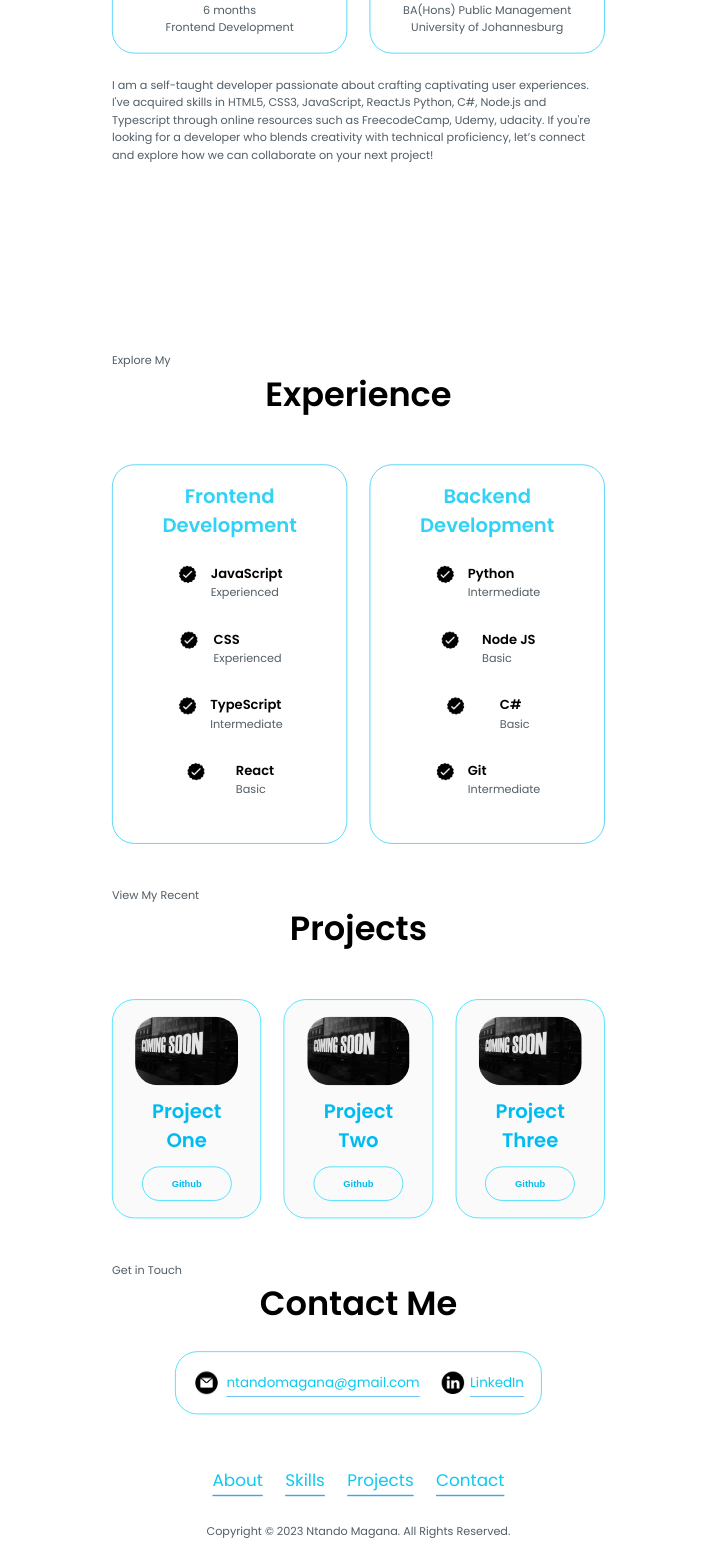
Repository: ntandomagana/FS-Dev-Portfolio
Page: index.html
The author's editor kept a copy of each file at every save. The page is drawn from the files as they stood at one save, then again after a run of saves.
The browser window is 1024 px wide. The pictures show the part of the page from y = 1148 to 3388 px (the page is 3388 px tall before and 3180 px after), at 70% of full size.

Above is the page before, as saved 2024-05-06 11:19:59.

### index.html
<!DOCTYPE html>
<html lang="en">
  <head>
    <meta charset="UTF-8" />
    <meta http-equiv="X-UA-Compatible" content="IE=edge" />
    <meta name="viewport" content="width=device-width, initial-scale=1.0" />
    <title>My Portfolio</title>
    <link rel="stylesheet" href="style.css" />
    <link rel="stylesheet" href="mediaqueries.css" />
  </head>
  <body>
    <nav id="desktop-nav">
      <div class="logo">Berry Codes</div>
      <div>
        <ul class="nav-links">
          <li><a href="#about">About</a></li>
          <li><a href="#experience">Skills</a></li>
          <li><a href="#projects">Projects</a></li>
          <li><a href="#contact">Contact</a></li>
        </ul>
      </div>
    </nav>
    <nav id="hamburger-nav">
      <div class="logo">Coding Berry</div>
      <div class="hamburger-menu">
        <div class="hamburger-icon" onclick="toggleMenu()">
          <span></span>
          <span></span>
          <span></span>
        </div>
        <div class="menu-links">
          <li><a href="#about" onclick="toggleMenu()">About</a></li>
          <li><a href="#experience" onclick="toggleMenu()">Skills</a></li>
          <li><a href="#projects" onclick="toggleMenu()">Projects</a></li>
          <li><a href="#contact" onclick="toggleMenu()">Contact</a></li>
        </div>
      </div>
    </nav>
    <section id="profile">
      <div class="section-pic-container">
        <img src="./assets/bwpp.jpg" alt="profile picture" />
      </div>
      <div class="section-text">
        <p class="section-text-p1">Hello there, I am</p>

        <h1 class="title"><span id="typed-text"></span></h1>

        <p class="section-text-p2">Frontend Developer</p>
        <div class="btn-container">
          <button
            class="btn btn-color-2"
            onclick="window.open('./assets/NP Magana - Web Developer.pdf')"
          >
            Download CV
          </button>
          <button class="btn btn-color-1" onclick="location.href='./#contact'">
            Contact Info
          </button>
        </div>
        <div id="socials-container">
          <img
            src="./assets/linkedin.png"
            alt="My LinkedIn profile"
            class="icon"
            onclick="location.href='https://www.linkedin.com/in/ntandoyenkosi-magana-/'"
          />

          <img
            src="./assets/icons8-twitterx-50.png"
            alt="My Github profile"
            class="icon"
            onclick="location.href='https://twitter.com/Sir_M_Charles'"
          />
          <img
            src="./assets/github.png"
            alt="My Github profile"
            class="icon"
            onclick="location.href='https://github.com/ntandomagana'"
          />
        </div>
      </div>
    </section>
    <section id="about">
      <p class="section__text__p1">Get To Know More</p>
      <h1 class="title">About Me</h1>
      <div class="section-container">
        <div class="about-details-container">
          <div class="about-containers">
            <div class="details-container">
              <img
                src="./assets/experience.png"
                alt="Experience icon"
                class="icon"
              />
              <h3>Experience</h3>
              <p>6 months <br />Frontend Development</p>
            </div>
            <div class="details-container">
              <img
                src="./assets/education.png"
                alt="Education icon"
                class="icon"
              />
              <h3>Education</h3>
              <p>BA(Hons) Public Management <br />University of Johannesburg</p>
            </div>
          </div>
          <div class="text-container">
            <p>
              I am a self-taught developer passionate about crafting captivating
              user experiences. I've acquired skills in HTML5, CSS3, JavaScript,
              ReactJs Python, C#, Node.js and Typescript through online
              resources such as FreecodeCamp, Udemy, udacity. If you're looking
              for a developer who blends creativity with technical proficiency,
              let’s connect and explore how we can collaborate on your next
              project!
            </p>
          </div>
        </div>
      </div>
      <img
        src="./assets/arrow.png"
        alt="Arrow icon"
        class="icon arrow"
        onclick="location.href='./#experience'"
      />
    </section>
    <section id="experience">
      <p class="section__text__p1">Explore My</p>
      <h1 class="title">Experience</h1>
      <div class="experience-details-container">
        <div class="about-containers">
          <div class="details-container">
            <h2 class="experience-sub-title">Frontend Development</h2>
            <div class="article-container">
              <article>
                <img
                  src="./assets/checkmark.png"
                  alt="Experience icon"
                  class="icon"
                />
                <div>
                  <h3>JavaScript</h3>
                  <p>Experienced</p>
                </div>
              </article>
              <article>
                <img
                  src="./assets/checkmark.png"
                  alt="Experience icon"
                  class="icon"
                />
                <div>
                  <h3>CSS</h3>
                  <p>Experienced</p>
                </div>
              </article>
              <article>
                <img
                  src="./assets/checkmark.png"
                  alt="Experience icon"
                  class="icon"
                />
                <div>
                  <h3>TypeScript</h3>
                  <p>Intermediate</p>
                </div>
              </article>
              <article>
                <img
                  src="./assets/checkmark.png"
                  alt="Experience icon"
                  class="icon"
                />
                <div>
                  <h3>React</h3>
                  <p>Basic</p>
                </div>
              </article>
              <article></article>
            </div>
          </div>
          <div class="details-container">
            <h2 class="experience-sub-title">Backend Development</h2>
            <div class="article-container">
              <article>
                <img
                  src="./assets/checkmark.png"
                  alt="Experience icon"
                  class="icon"
                />
                <div>
                  <h3>Python</h3>
                  <p>Intermediate</p>
                </div>
              </article>
              <article>
                <img
                  src="./assets/checkmark.png"
                  alt="Experience icon"
                  class="icon"
                />
                <div>
                  <h3>Node JS</h3>
                  <p>Basic</p>
                </div>
              </article>
              <article>
                <img
                  src="./assets/checkmark.png"
                  alt="Experience icon"
                  class="icon"
                />
                <div>
                  <h3>C#</h3>
                  <p>Basic</p>
                </div>
              </article>
              <article>
                <img
                  src="./assets/checkmark.png"
                  alt="Experience icon"
                  class="icon"
                />
                <div>
                  <h3>Git</h3>
                  <p>Intermediate</p>
                </div>
              </article>
            </div>
          </div>
        </div>
      </div>
      <img
        src="./assets/arrow.png"
        alt="Arrow icon"
        class="icon arrow"
        onclick="location.href='./#projects'"
      />
    </section>
    <section id="projects">
      <p class="section__text__p1">View My Recent</p>
      <h1 class="title">Projects</h1>
      <div class="experience-details-container">
        <div class="about-containers">
          <div class="details-container color-container">
            <div class="article-container">
              <img
                src="./assets/coming soon.jpg"
                alt="Project 1"
                class="project-img"
              />
            </div>
            <h2 class="experience-sub-title project-title">Project One</h2>
            <div class="btn-container">
              <button
                class="btn btn-color-2 project-btn"
                onclick="location.href='https://github.com/'"
              >
                Github
              </button>
            </div>
          </div>
          <div class="details-container color-container">
            <div class="article-container">
              <img
                src="./assets/coming soon.jpg"
                alt="Project 2"
                class="project-img"
              />
            </div>
            <h2 class="experience-sub-title project-title">Project Two</h2>
            <div class="btn-container">
              <button
                class="btn btn-color-2 project-btn"
                onclick="location.href='https://github.com/'"
              >
                Github
              </button>
            </div>
          </div>
          <div class="details-container color-container">
            <div class="article-container">
              <img
                src="./assets/coming soon.jpg"
                alt="Project 3"
                class="project-img"
              />
            </div>
            <h2 class="experience-sub-title project-title">Project Three</h2>
            <div class="btn-container">
              <button
                class="btn btn-color-2 project-btn"
                onclick="location.href='https://github.com/'"
              >
                Github
              </button>
            </div>
          </div>
        </div>
      </div>
      <img
        src="./assets/arrow.png"
        alt="Arrow icon"
        class="icon arrow"
        onclick="location.href='./#contact'"
      />
    </section>
    <section id="contact">
      <p class="section__text__p1">Get in Touch</p>
      <h1 class="title">Contact Me</h1>
      <div class="contact-info-upper-container">
        <div class="contact-info-container">
          <img
            src="./assets/email.png"
            alt="Email icon"
            class="icon contact-icon email-icon"
          />
          <p>
            <a href="mailto:ntandomagana@gmail.com">ntandomagana@gmail.com</a>
          </p>
        </div>
        <div class="contact-info-container">
          <img
            src="./assets/linkedin.png"
            alt="LinkedIn icon"
            class="icon contact-icon"
          />
          <p><a href="https://www.linkedin.com">LinkedIn</a></p>
        </div>
      </div>
    </section>
    <footer>
      <nav>
        <div class="nav-links-container">
          <ul class="nav-links">
            <li><a href="#about">About</a></li>
            <li><a href="#experience">Skills</a></li>
            <li><a href="#projects">Projects</a></li>
            <li><a href="#contact">Contact</a></li>
          </ul>
        </div>
      </nav>
      <p>Copyright &#169; 2023 Ntando Magana. All Rights Reserved.</p>
    </footer>
    <script src="script.js"></script>
  </body>
</html>

### style.css
@import url("https://fonts.googleapis.com/css2?family=Poppins:wght@300;400;500;600&display=swap");

* {
  margin: 0;
  padding: 0;
}

body {
  font-family: "Poppins", sans-serif;
}

html {
  scroll-behavior: smooth;
}

p {
  color: #515d65;
}

section {
  margin-bottom: 2px;
}

a,
.btn {
  transition: all 300ms ease;
}

nav,
.nav-links {
  display: flex;
}

nav {
  justify-content: space-around;
  align-items: center;
  height: 17vh;
}

.nav-links {
  gap: 2rem;
  list-style-type: none;
  font-size: 1.5rem;
}

a {
  color: rgb(11, 202, 240);
  text-decoration: underline;
  text-underline-offset: 0.8rem;
  text-decoration-color: rgb(51, 169, 237);
}

.logo {
  font-size: 2rem;
}

.logo:hover {
  cursor: default;
}

#hamburger-nav {
  display: none;
}

.hamburger-menu {
  position: relative;
  display: inline-block;
}

.hamburger-icon {
  display: flex;
  flex-direction: column;
  justify-content: space-between;
  height: 24px;
  width: 30px;
  cursor: pointer;
}



.hamburger-icon span {
  width: 100%;
  height: 2px;
  background-color: rgb(9, 255, 255);
  transition: all 0.3 ease-in-out;
}

.menu-links {
  position: absolute;
  top: 100%;
  right: 0;
  background-color: white;
  width: fit-content;
  max-height: 0;
  overflow: hidden;
  transition: all 0.3 ease-in-out;
}

.menu-links a {
  display: block;
  padding: 10px;
  text-align: center;
  font-size: 1.5rem;
  color: rgb(15, 224, 231);
  text-decoration: none;
  transition: all 0.3 ease-in-out;
}

.menu-links li {
  list-style-type: none;
}

.menu-links.open {
  max-height: 300px;
}

.hamburger-icon.open span:first-child {
  transform: rotate(45deg) translate(10px, 5px);
}

.hamburger-icon.open span:nth-child(2) {
  opacity: 0;
}

.hamburger-icon.open span:last-child {
  transform: rotate(-45deg) translate(10px, -5px);
}

.hamburger-icon span:first-child {
  transform: none;
}

.hamburger-icon span:first-child {
  opacity: 1;
}

.hamburger-icon span:first-child {
  transform: none;
}

section {
  padding-top: 4vh;
  height: 96vh;
  margin: 0 10rem;
  box-sizing: border-box;
  min-height: fit-content;
}

.section-container {
  display: flex;
}

#profile {
  display: flex;
  justify-content: center;
  gap: 5rem;
  height: 80vh;
}

.section-pic-container {
  display: flex;
  height: 400px;
  width: 400px;
  margin: auto 0;
}

.section-text {
  align-self: center;
  text-align: center;
}

.section-text p {
  font-weight: 600;
}

.section-text-p1 {
  text-align: center;
}

.section-text-p2 {
  font-size: 1.75rem;
  margin-bottom: 1rem;
}

.title {
  font-size: 3rem;
  text-align: center;
}

#socials-container {
  display: flex;
  justify-content: center;
  margin-top: 1rem;
  gap: 1rem;
}

.icon {
  cursor: pointer;
  height: 2rem;
}

/* BUTTONS */

.btn-container {
  display: flex;
  justify-content: center;
  gap: 1rem;
}

.btn {
  font-weight: 600;
  transition: all 300ms ease;
  padding: 1rem;
  width: 8rem;
  border-radius: 2rem;
}

.btn-color-1,
.btn-color-2 {
  border: rgb(43, 182, 241) 0.1rem solid;
}

.btn-color-1:hover,
.btn-color-2:hover {
  cursor: pointer;
}

.btn-color-1,
.btn-color-2:hover {
  background: rgb(11, 214, 255);
  color: white;
}

.btn-color-1:hover {
  background: rgb(83, 215, 232);
}

.btn-color-2 {
  background: none;
}

.btn-color-2:hover {
  border: rgb(26, 210, 243) 0.2rem solid;
}

.btn-container {
  gap: 1rem;
}

/* ABOUT SECTION */

#about {
  position: relative;
}

.about-containers {
  gap: 2rem;
  margin-bottom: 2rem;
  margin-top: 2rem;
}

.about-details-container {
  justify-content: center;
  flex-direction: column;
}

.about-containers,
.about-details-container {
  display: flex;
}

.arrow {
  position: absolute;
  right: -5rem;
  bottom: 2.5rem;
}

.details-container {
  padding: 1.5rem;
  flex: 1;
  background: white;
  border-radius: 2rem;
  border: rgb(34, 174, 239) 0.1rem solid;
  border-color: rgb(28, 197, 249);
  text-align: center;
}

.section-container {
  gap: 4rem;
  height: 80%;
}

.section__pic-container {
  height: 400px;
  width: 400px;
  margin: auto 0;
}

/* EXPERIENCE SECTION */

#experience {
  position: relative;
}

.experience-sub-title {
  color: rgb(48, 210, 246);
  font-weight: 600;
  font-size: 1.75rem;
  margin-bottom: 2rem;
}

.experience-details-container {
  display: flex;
  justify-content: center;
  flex-direction: column;
}

.article-container {
  display: flex;
  text-align: initial;
  flex-wrap: wrap;
  flex-direction: row;
  gap: 2.5rem;
  justify-content: space-around;
}

article {
  display: flex;
  width: 10rem;
  justify-content: space-around;
  gap: 0.5rem;
}

article .icon {
  cursor: default;
}

/* PROJECTS SECTION */

#projects {
  position: relative;
}

.color-container {
  border-color: rgb(21, 220, 255);
  background: rgb(250, 250, 250);
}

.project-img {
  border-radius: 2rem;
  width: 90%;
  height: 90%;
}

.project-title {
  margin: 1rem;
  color: #00bbf0;
}

.project-btn {
  color: #00bbf0;
  border-color: rgb(18, 217, 252);
}

/* CONTACT */

#contact {
  display: flex;
  justify-content: center;
  flex-direction: column;
  height: 70vh;
}

.contact-info-upper-container {
  display: flex;
  justify-content: center;
  border-radius: 2rem;
  border: rgb(16, 220, 242) 0.1rem solid;
  border-color: rgb(19, 211, 250);
  background: (250, 250, 250);
  margin: 2rem auto;
  padding: 0.5rem;
}

.contact-info-container {
  display: flex;
  align-items: center;
  justify-content: center;
  gap: 0.5rem;
  margin: 1rem;
}

.contact-info-container p {
  font-size: larger;
}

.contact-icon {
  cursor: default;
}

.email-icon {
  height: 2.5rem;
}

footer {
  height: 26vh;
  margin: 0 1rem;
}

footer p {
  text-align: center;
}

/* Add this CSS to your existing style.css or create a new style tag in the head of your HTML */

/* Bold, underline, and bubble effect for the logo */
.logo {
  font-weight: bold;
  text-decoration: wavy;
  display: inline-block;
  position: relative;
  border: 8px solid #1ea5ff; /* Adjust the border thickness and color as needed */
  padding: 6px; /* Adjust the padding as needed */
}

.logo::after {
  content: "";
  position: absolute;
  width: 100%;
  height: 0;
  bottom: 0;
  left: 0;
  opacity: 0;
  border-bottom: 2px solid #fff;
  animation: bubble 0.5s infinite ease-in-out;
}

@keyframes bubble {
  0% {
    height: 0;
    opacity: 0;
  }
  50% {
    height: 100%;
    opacity: 1;
  }
  100% {
    height: 0;
    opacity: 0;
  }
}

### mediaqueries.css
@media screen and (max-width: 1400px) {
    #profile {
        height: 83vh;
        margin-bottom: 6rem;
    }

    .about-containers {
        flex-wrap: wrap;
    }

    #contact,
    #projects {
        height: fit-content;
    }
}

@media screen and (max-width: 1200px) {
    #desktop-nav {
        display: none;
    }

    #hamburger-nav {
        display: flex;
    }

    #experience,
    .experience-details-container {
        margin-top: 2rem;

    }

    #profile,
    .section-container {
        display: block;
    }

    .arrow {
        display: none;
    }

    section
}

### script.js
function toggleMenu() {
  const menu = document.querySelector(".menu-links");
  const icon = document.querySelector(".hamburger-icon");
  menu.classList.toggle("open");
  icon.classList.toggle("open");
}

//Javascript for looped typing effect
const typedText = document.getElementById("typed-text");
const textToType = 'Ntando Magana';

function typeText() {
  let index = 0;

  function type() {
    if (index < textToType.length) {
      typedText.innerHTML += textToType.charAt(index);
      index++;
      setTimeout(type, 200); // typing speed in milliseconds
    } else {
      setTimeout(erase, 300); // wait before erasing
    }
  }

  function erase() {
    if (typedText.innerHTML.length > 0) {
      typedText.innerHTML = typedText.innerHTML.slice(0, -1);
      setTimeout(erase, 300); //erasing speed in ms
    } else {
      index = 0; //Reset index for next typing cycle
      setTimeout(type, 200); // wait before typing again
    }
  }

  type(); // start typing
}

window.onload = typeText;

After the next 3 saves:
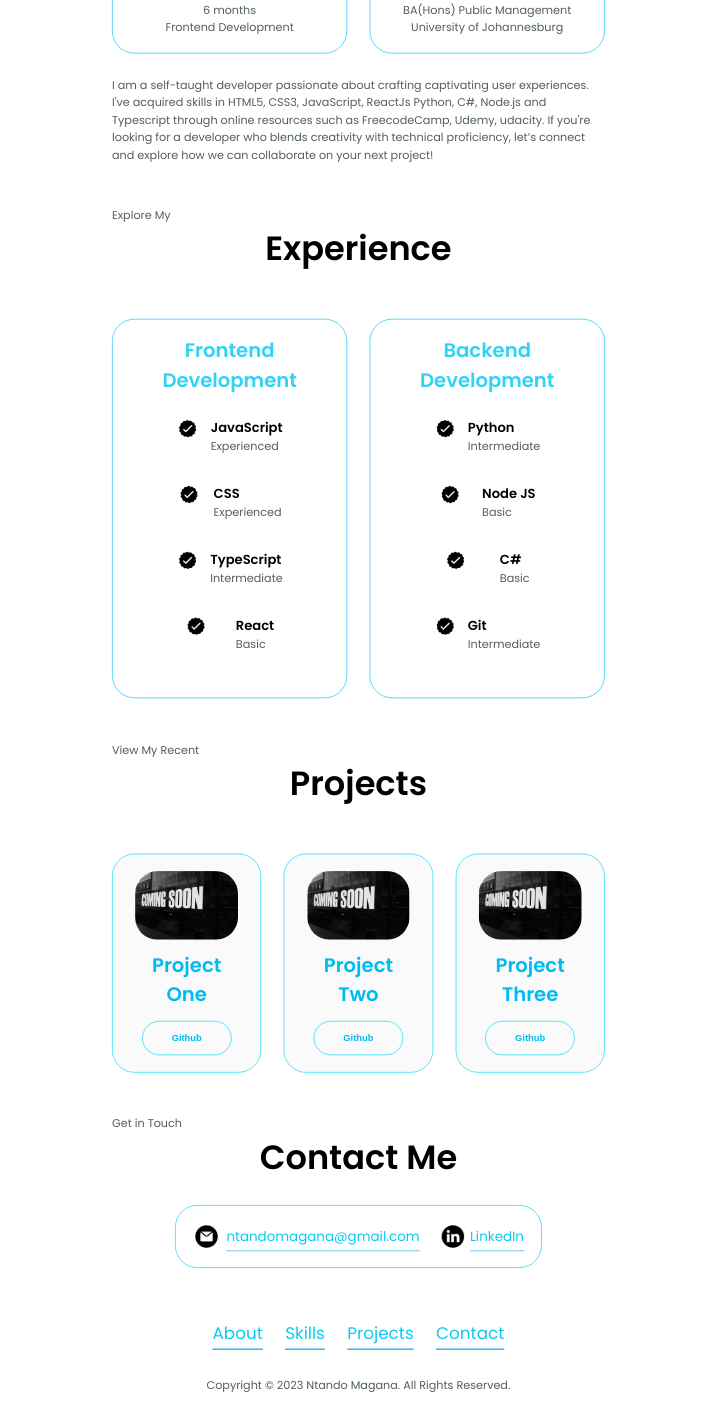
The 3 saves are shown as one change because they came seconds apart.
The last was saved 10 s later.
--- a/mediaqueries.css
+++ b/mediaqueries.css
@@ -38,5 +38,8 @@
         display: none;
     }
 
-    section
+    section,
+    .section-container {
+        height: fit-content;
+    }
 }
